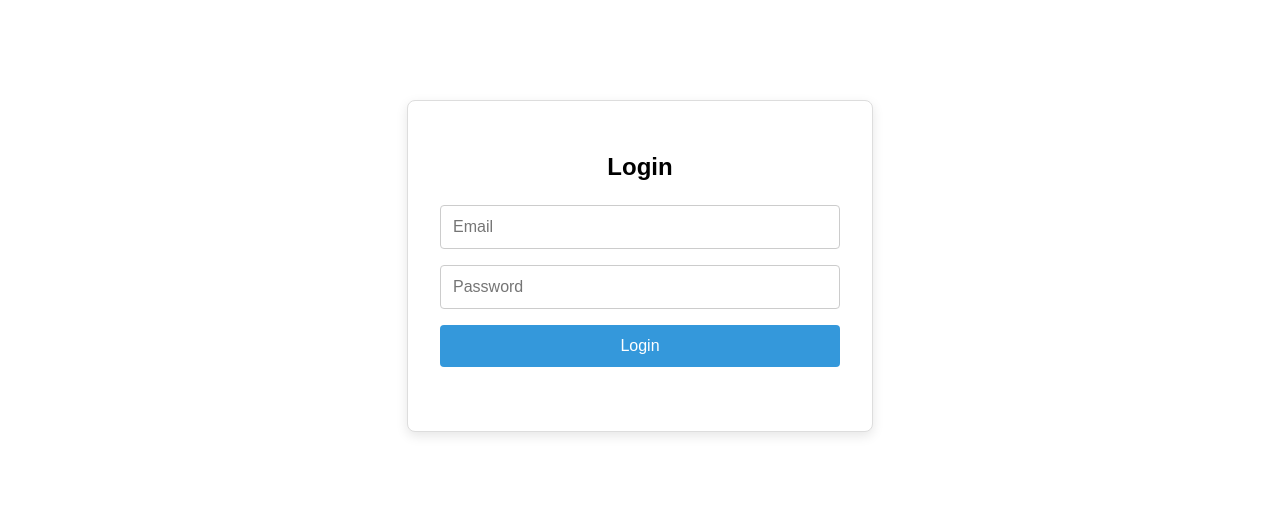
Repository: Edmund-Kiama/todoPHP
Page: / (app in task-manager-frontend/)
The author's editor kept a copy of each file at every save. The page is drawn from the files as they stood at one save, then again after the next save.
The browser window is 1280 px wide. The pictures show the whole page.
The project was rebuilt for these pictures with package versions that can differ from the ones it lists, and the page was loaded fresh each time. Also part of the build but not shown: task-manager-frontend/vite.config.js, task-manager-frontend/src/components/Admin/admin.css, task-manager-frontend/src/components/Admin/AdminDashboard.vue, task-manager-frontend/src/components/User/user.css, task-manager-frontend/src/components/User/UserDashboard.vue.

Above is the page before, as saved 2025-07-12 20:58:26.

After the next save:
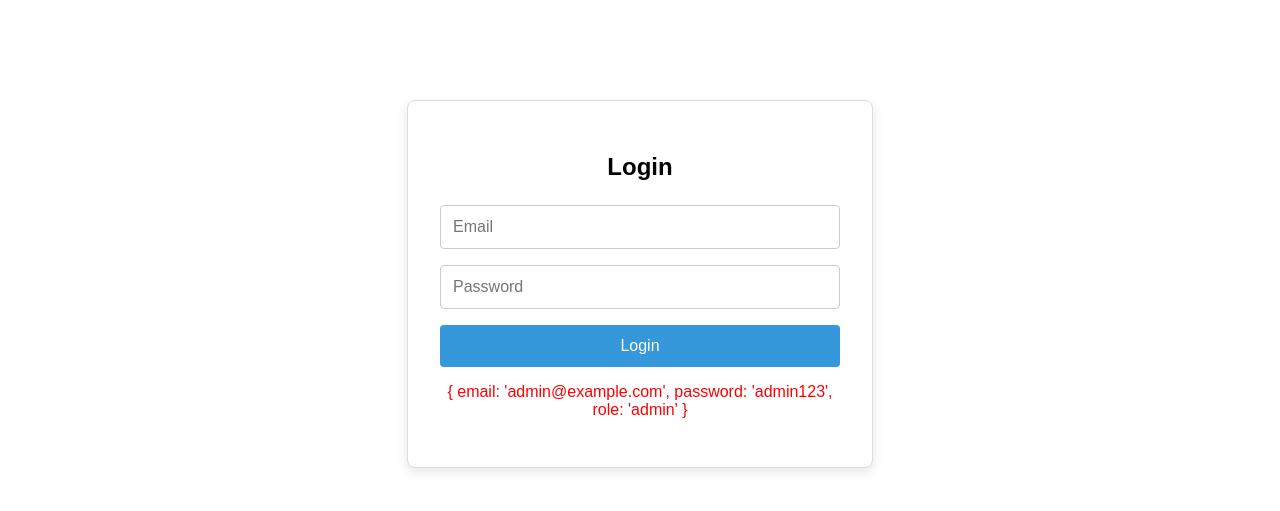
Saved 12 s later.
--- a/task-manager-frontend/src/components/Login/Login.vue
+++ b/task-manager-frontend/src/components/Login/Login.vue
@@ -38,7 +38,7 @@
             <input type="password" v-model="password" placeholder="Password" required />
             <button>Login</button>
             <p v-if="error">{{ error }}</p>
-            <p></p>
+            <p>{ email: 'admin@example.com', password: 'admin123', role: 'admin' }</p>
         </form>
     </div>
 </template>
